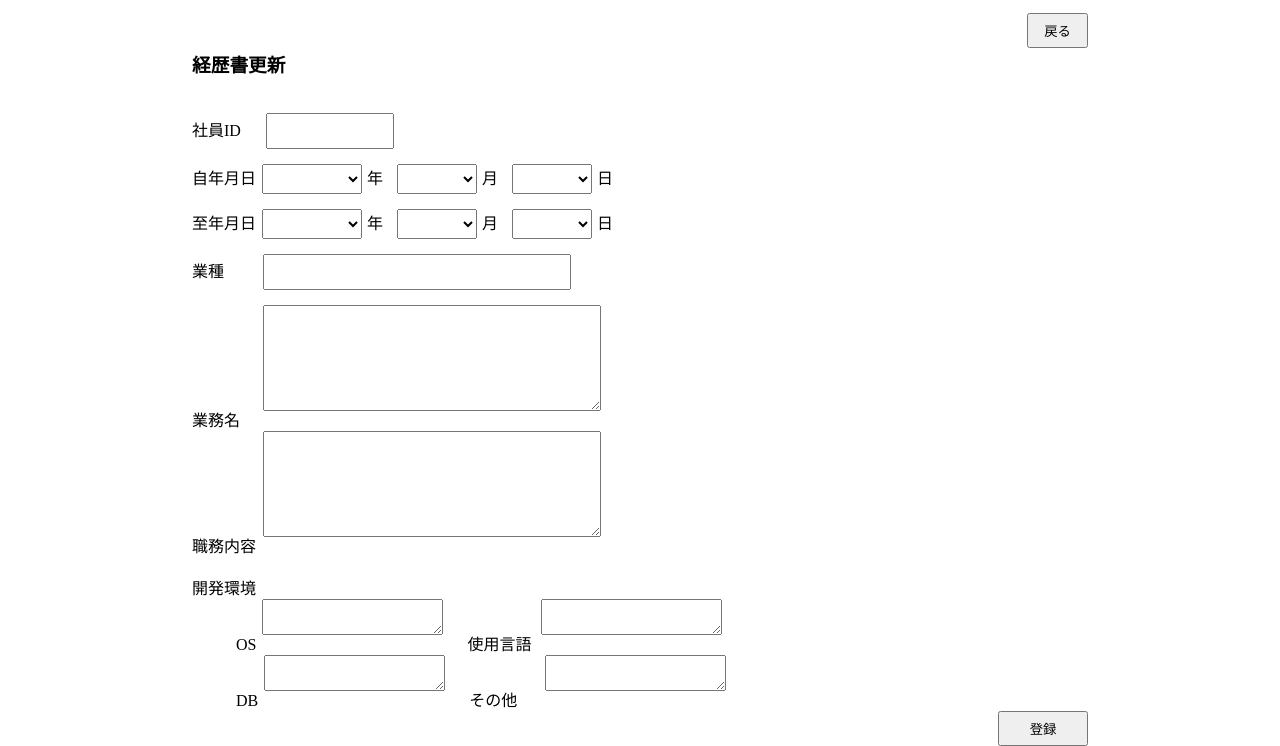
Repository: nguyenvantandev/WebApp
Page: http://localhost/EmployeeInfoSystem/ResumeUpdate.jsp
These files come from the project's save history. The page is drawn as it stood at one moment and after the next save; the edit follows.
The browser window is 1280 px wide. The pictures show the whole page.
Some web libraries are served in a nearby version. The page is served by Tomcat 9.

Above is the page before, as saved 2016-06-15 01:28:02.

After the next save:
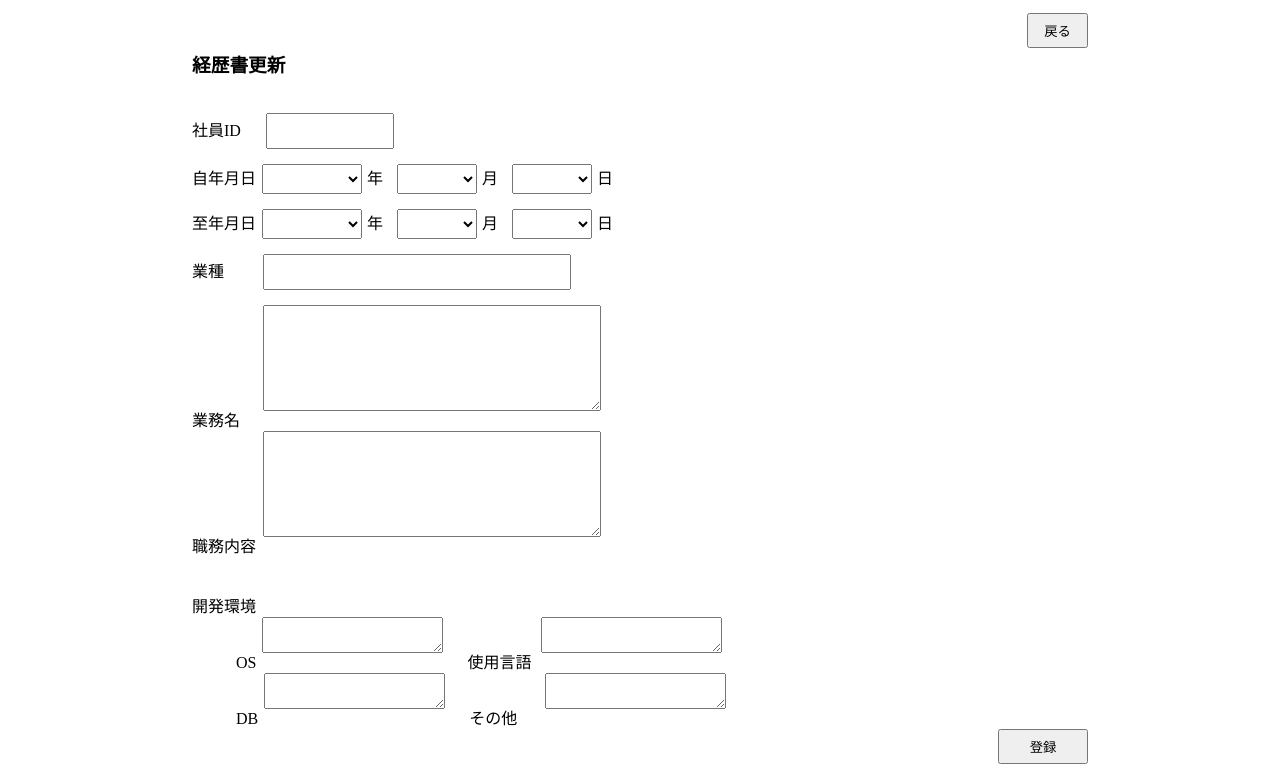
Saved 11 s later.
--- a/EmployeeInfoSystem/WebContent/ResumeUpdate.jsp
+++ b/EmployeeInfoSystem/WebContent/ResumeUpdate.jsp
@@ -26,7 +26,7 @@
 <select id="itaru_day"></select><label id="label_day">日</label><br>
 <label id="label_gyoushu">業種</label><input type="text" id="gyoushu" name="gyoushu"><br>
 <label id="label_gyumumei">業務名</label><textarea id="gyumumei" name="gyumumei"></textarea><br>
-<label id="label_shokumunaiyo">職務内容</label><textarea id="shokumunaiyo" name="shokumunaiyo"></textarea><br><br>
+<label id="label_shokumunaiyo">職務内容</label><textarea id="shokumunaiyo" name="shokumunaiyo"></textarea><br><br><br>
 <label id="label_kaihatsukankyou">開発環境</label><br>
 <label id="label_os">OS</label><textarea id="os" name="os"></textarea>
 <label id="label_shiyogengo">使用言語</label><textarea id="shiyogengo" name="shiyogengo"></textarea><br>
